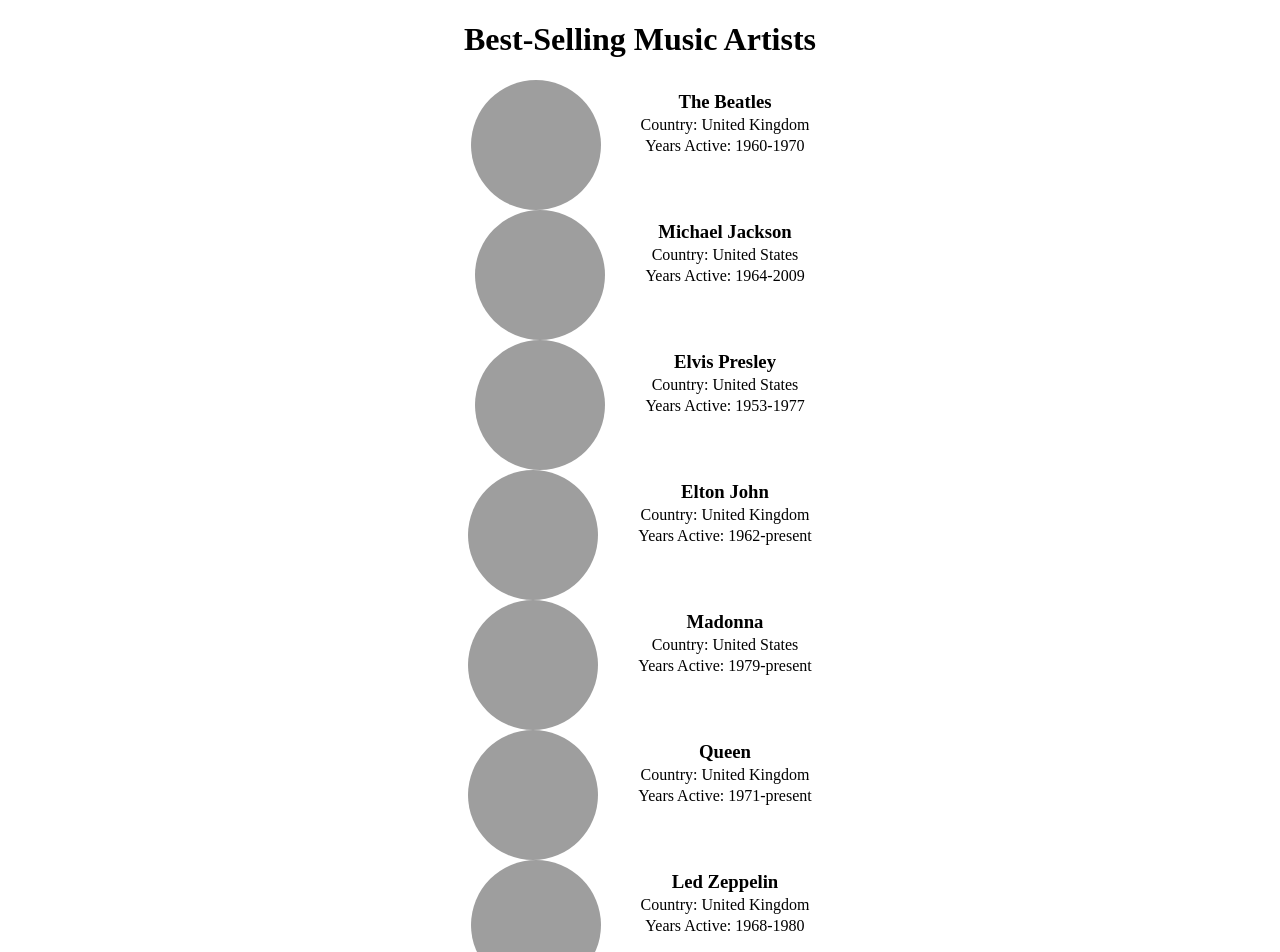
Repository: SamanthaYan298/my_artists
Page: /
An editor plug-in stored every save of this project. The page is shown before and after the next save, followed by the edit.
The browser window is 1280 px wide. The pictures show the part of the page from y = 0 to 952 px (the page is 1388 px tall).
Pictures or frames that could not be fetched are drawn as grey boxes. The project was rebuilt for these pictures with package versions that can differ from the ones it lists, and the page was loaded fresh each time. Also part of the build but not shown: vite.config.js.

Above is the page before, as saved 2024-09-16 18:16:55.

After the next save:
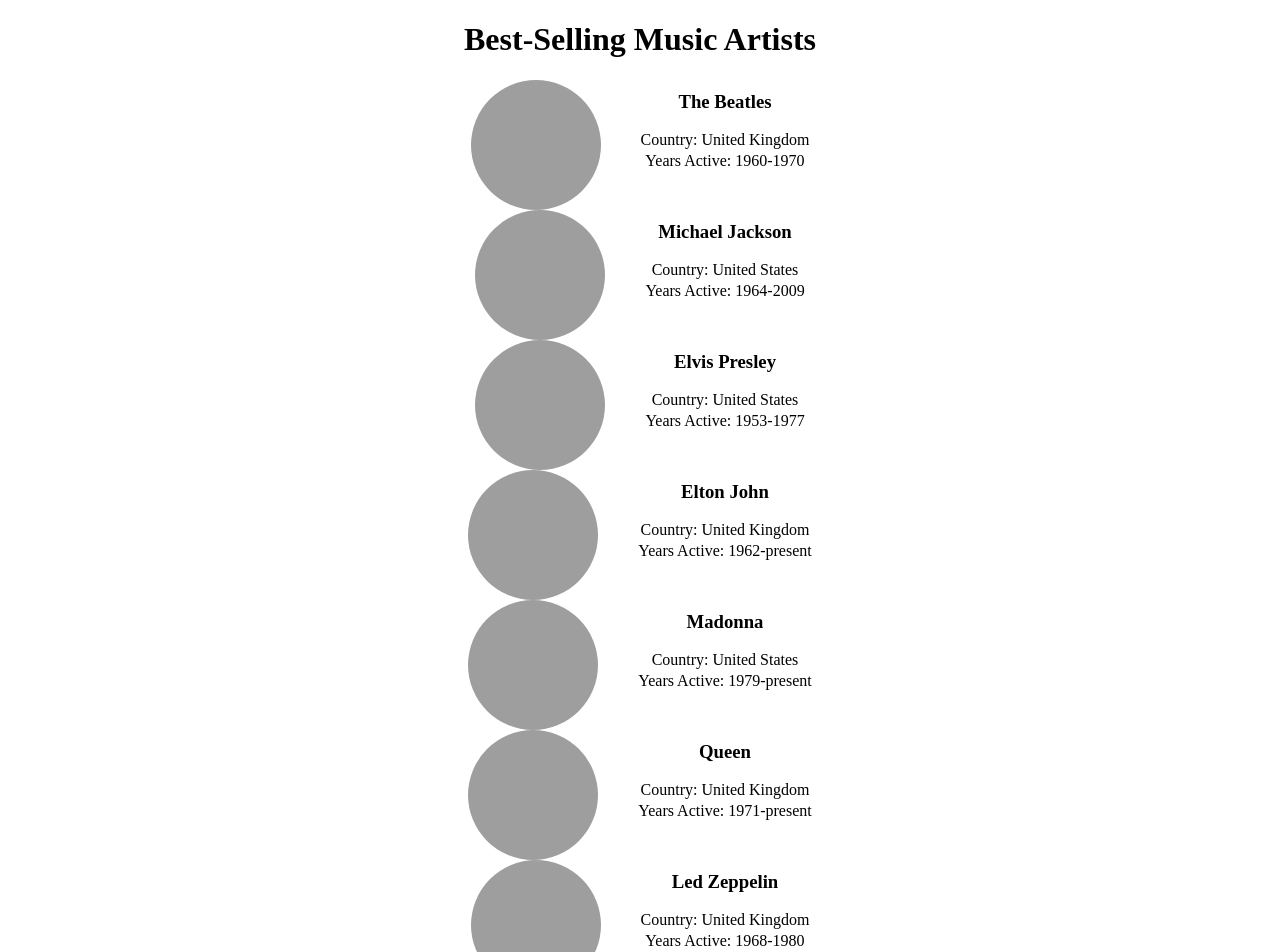
Saved 15 s later.
--- a/src/index.css
+++ b/src/index.css
@@ -10,3 +10,7 @@
     gap: 40px;
     line-height: 5px;
 }
+
+.names {
+    padding-bottom: 15px;
+}
